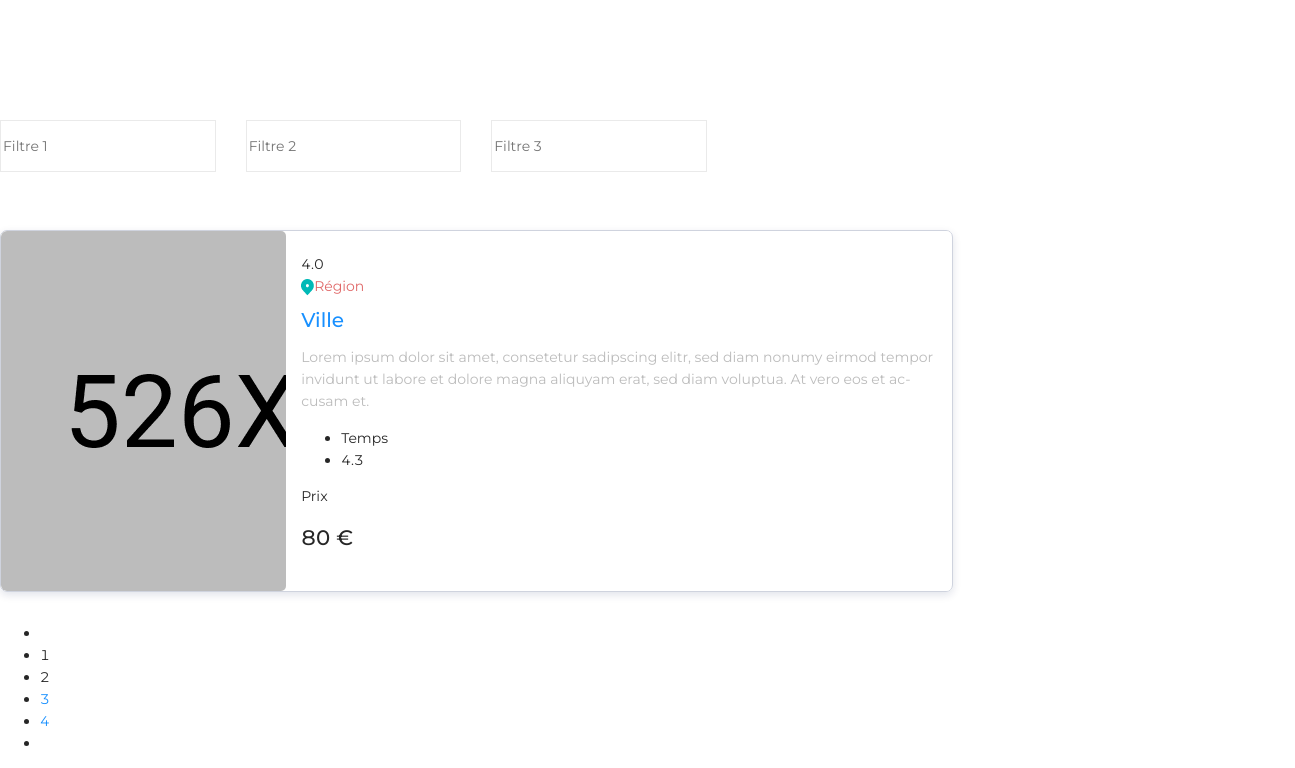
Repository: Emerson1220/projet-neofeel-lacapsule
Page: /roadPlanner (app in reactapp/)
These files come from the project's save history. The page is drawn as it stood at one moment and after the next save; the edit follows.
The browser window is 1280 px wide. The page is 1295 px wide, so the pictures cover 1295 px, including what lies to the right of the window. The pictures show the whole page.
The project was rebuilt for these pictures with package versions that can differ from the ones it lists, and the page was loaded fresh each time. Also part of the build but not shown: reactapp/src/Nav.js, reactapp/src/ScreenHome.js.

Above is the page before, as saved 2021-05-18 10:54:12.

### reactapp/src/App.js
import './App.css';
import Nav from './Nav'
import {BrowserRouter as Router, Switch, Route} from 'react-router-dom'

import ScreenHome from './ScreenHome';
import ScreenRoadPlanner from './screens/ScreenRoadPlanner';

function App() {
  return (



    // <SearchPage></SearchPage>
      <Router>
        <Switch>
          <Route component={ScreenHome} path="/" exact />
          <Route component={ScreenRoadPlanner} path="/roadPlanner"  />
          {/* <Route component={ScreenConnexion} path="/connexion"  />
          <Route component={ScreenSearch} path="/recherche"  />
          <Route component={ScreenInfo} path="/info"  />
          <Route component={ScreenPartner} path="/partenaire"  />
          <Route component={ScreenRoadPlanner} path="/roadPlanner"  />
          <Route component={ScreenTrips} path="/voyages"  />
          <Route component={ScreenProfil} path="/profil"  />
          <Route component={ScreenBasket} path="/panier"  />
          <Route component={ScreenSuggestion} path="/suggestion"  /> */}
        </Switch>
      </Router>

  );
}

export default App;

### reactapp/src/App.css
@import '~antd/dist/antd.css';
@import url('https://fonts.googleapis.com/css2?family=Montserrat:ital,wght@0,200;0,300;0,400;0,500;0,600;0,700;1,400;1,600&display=swap');

* {
  font-family: 'Montserrat', sans-serif;
}

.App {
  text-align: center;
}

.App-logo {
  height: 40vmin;
  pointer-events: none;
}

@media (prefers-reduced-motion: no-preference) {
  .App-logo {
    animation: App-logo-spin infinite 20s linear;
  }
}

.App-header {
  background-color: #282c34;
  min-height: 100vh;
  display: flex;
  flex-direction: column;
  align-items: center;
  justify-content: center;
  font-size: calc(10px + 2vmin);
  color: white;
}

.App-link {
  color: #61dafb;
}

@keyframes App-logo-spin {
  from {
    transform: rotate(0deg);
  }
  to {
    transform: rotate(360deg);
  }
}
/* CSS NAVBAR _______________________*/



.h1-montserrat {
  width: auto; /* 366px */
  height: auto; /* 58px */
  overflow: visible;
  white-space: pre;
  letter-spacing: 0px;
  line-height: 1.2;
  color: #106271;
  font-weight: 700;
  font-family: "Inter-Bold", "Inter", sans-serif;
  font-size: 48px;
}

.devenezPartenaireButton{

background-color: #e06868;
overflow: visible;
  white-space: pre;
  letter-spacing: 0px;
line-height: 1.2;
  color: #ffffff;
  font-weight: 700;
  font-family: "Inter-Bold", "Inter", sans-serif;
width: 150px;
height: 50px;
left: 971px;
top: 40px;
border-radius: 5px;
}

.listNav{
  color: #106271;
  margin: 0px 0px;
}

### reactapp/src/screens/ScreenRoadPlanner.js
import React from 'react';
import '../App.css';
import { Button } from 'antd';
import { Link } from 'react-router-dom';
import Nav from '../Nav'

function ScreenRoadPlanner() {

    return (	<div style={{ paddingTop:'120px' }}>

                <div style={ styles.container }>

                    <div style={ styles.row }>

                        <div style={ styles.col_xl_9 }>
                            <div style={{ marginBottom:'40px' }}> {/* Filters */}

                                <div style={ styles.row }>
                                    <div style={ styles.col_xl_3 }>
                                        <label style={ styles.single_input_wrap }>
                                            <i style={ styles.icons_la }/>
                                            <input style={ styles.single_input_wrap_input } type="text" placeholder="Filtre 1" />
                                        </label>
                                    </div>

                                    <div style={ styles.col_xl_3 }>
                                        <label style={ styles.single_input_wrap }>
                                            <i style={ styles.icons_la }/>
                                            <input style={ styles.single_input_wrap_input } type="text" placeholder="Filtre 2" />
                                        </label>
                                    </div>

                                    <div style={ styles.col_xl_3 }>
                                        <label style={ styles.single_input_wrap }>
                                            <i style={ styles.icons_la }/>
                                            <input style={ styles.single_input_wrap_input } type="text" placeholder="Filtre 3" />
                                        </label>
                                    </div>
                                </div>
                            </div> {/* End -> ButtonFilters */}

                            <div style={ styles.experiences_list_area }> {/* Container -> Card expérience */}
                                <div style={ styles.single_destinations}> {/* Card expérience */}
                                    <div style={ styles.image_card }>
                                        <img src="images/photo-526x360.png" alt="list" />
                                    </div>
                                    <div style={ styles.detail_card }>
                                        <div>
                                            <i style={ styles.icons_fa_1  }/>
                                            <i style={ styles.icons_fa_1 } />
                                            <i style={ styles.icons_fa_1  } />
                                            <i style={ styles.icons_fa_1  } />
                                            <i style={ styles.icons_fa_2  } />
                                            <span>4.0</span>
                                        </div>

                                        <p style={{ color: '#e06868', marginBottom: '8px'}}><img src="images/icone-geo.png" alt="map" />Région</p>
                                        <h4 style={ styles.h4 } ><Link to="/">Ville</Link></h4>
                                        <p style={ styles.card_content } >Lorem ipsum dolor sit amet, consetetur sadipscing elitr, sed diam nonumy eirmod tempor invidunt ut labore et dolore magna aliquyam erat, sed diam voluptua. At vero eos et accusam et.</p>

                                        <div className="list-price">
                                            <ul className="tp-list-meta d-inline-block">
                                                <li><i className="fa fa-clock-o" /> Temps</li>
                                                <li><i className="fa fa-star" /> 4.3</li>
                                            </ul>
                                            <div className="tp-price-meta d-inline-block">
                                                <p>Prix</p>
                                                <h2>80 <span>€</span></h2>
                                            </div>
                                        </div>
                                    </div>
                                </div> {/* End -> Card expérience */}
                            </div> {/* End -> Container -> Card expérience */}


                            <div className="text-md-center text-left"> {/* Pagination */}
                                <div className="tp-pagination text-md-center text-left d-inline-block mt-4">
                                    <ul>
                                        <li><a className="prev page-numbers" href="#"><i className="la la-long-arrow-left" /></a></li>
                                        <li><span className="page-numbers">1</span></li>
                                        <li><span className="page-numbers current">2</span></li>
                                        <li><a className="page-numbers" href="#">3</a></li>
                                        <li><a className="page-numbers" href="#">4</a></li>
                                        <li><a className="next page-numbers" href="#"><i className="la la-long-arrow-right" /></a></li>
                                    </ul>
                                </div>
                            </div>{/* End -> Pagination */}
                        </div>
                    </div>
                </div>
            </div>
    )
};

let styles = {
    container: {
        width: '100%',
        paddingright: '15px',
        paddingleft: '15px',
        marginright: 'auto',
        marginleft: 'auto',
    },

    row:{
        display: 'flex',
        flexWrap: 'wrap',
        marginRight: '-15px',
        marginLeft: '-15px',
    },

    col_xl_9:{
        position: 'relative',
        flex: '0 0 75%',
        maxWidth: '75%',
        width: '100%',
        minHeight: '1px',
        paddingRight: '15px',
        paddingLeft: '15px',
        },

    col_xl_3:{
        position: 'relative',
        flex: '0 0 25%',
        maxWidth: '25%',
        width: '100%',
        minHeight: '1px',
        paddingRight: '15px',
        paddingLeft: '15px',
        },

    single_input_wrap:{
        position: 'relative',
        width: '100%',
        marginBottom: '18px',
        display: 'inline-block',
    },

    single_input_wrap_input:{
        background: '#ffffff',
        border: '1px solid #EAEAEA',
        height: '52px',
        width: '100%',
    },

    icons_la:{
        display: 'inline-block',
        position: 'absolute',
        top: '17px',
        left: '20px',
        color: '#CFD3DE',
        font: 'normal normal normal 16px/1 LineAwesome',
        fontSize: 'inherit',
        textDecoration: 'inherit',
        textRendering: 'optimizeLegibility',
        textTransform: 'none',
    },

    experiences_list_area:{
        boxSizing: 'border-box',
        outline: 'none',
    },

    single_destinations:{
        display: 'flex',
        flexWrap: 'wrap',
        margin: '0 0 30px 0',
        border: '1px solid #CFD3DE',
        boxShadow: '0px 3px 9px #071c551f',
        borderRadius: '7px',
        position: 'relative',
        overflow: 'hidden',
    },

    image_card:{
        position: 'relative',
        background: '#106271',
        overflow: 'hidden',
        flex: '0 0 30%',
        backgroundSize: 'cover',
        backgroundRepeat: 'no-repeat',
        backgroundPosition: 'center center',
        minHeight: '200px',
        borderRadius: '5px',
    },

    detail_card:{
        flex: '0 0 70%',
        padding: '22px 15px',
        background: '#ffffff',
    },

    icons_fa_1:{
        display: 'inline-block',
        font: 'normal normal normal 14px/1 FontAwesome',
        fontSize: 'inherit',
        textRendering: 'auto',
        color: '#f3941e',
    },

    icons_fa_2:{
        display: 'inline-block',
        font: 'normal normal normal 14px/1 FontAwesome',
        fontSize: 'inherit',
        textRendering: 'auto',
        color: '#d4d4d4',
    },

    h4:{
        fontSize: '20px',
        color: '#e06868',
    },

    card_content:{
        marginBottom: '15px',
        color: '#bcbcbc',
        hyphens: 'auto',
    },

    liste_price:{
        marginTop: '20px',
        display: 'block',
        boxSizing: 'border-box',
        outline: 'none',
    },



    }













export default ScreenRoadPlanner;

Loaded but not shown: reactapp/public/index.html (common file); reactapp/src/index.js (common file); reactapp/src/index.css (common file); reactapp/src/reportWebVitals.js (common file)

After the next save:
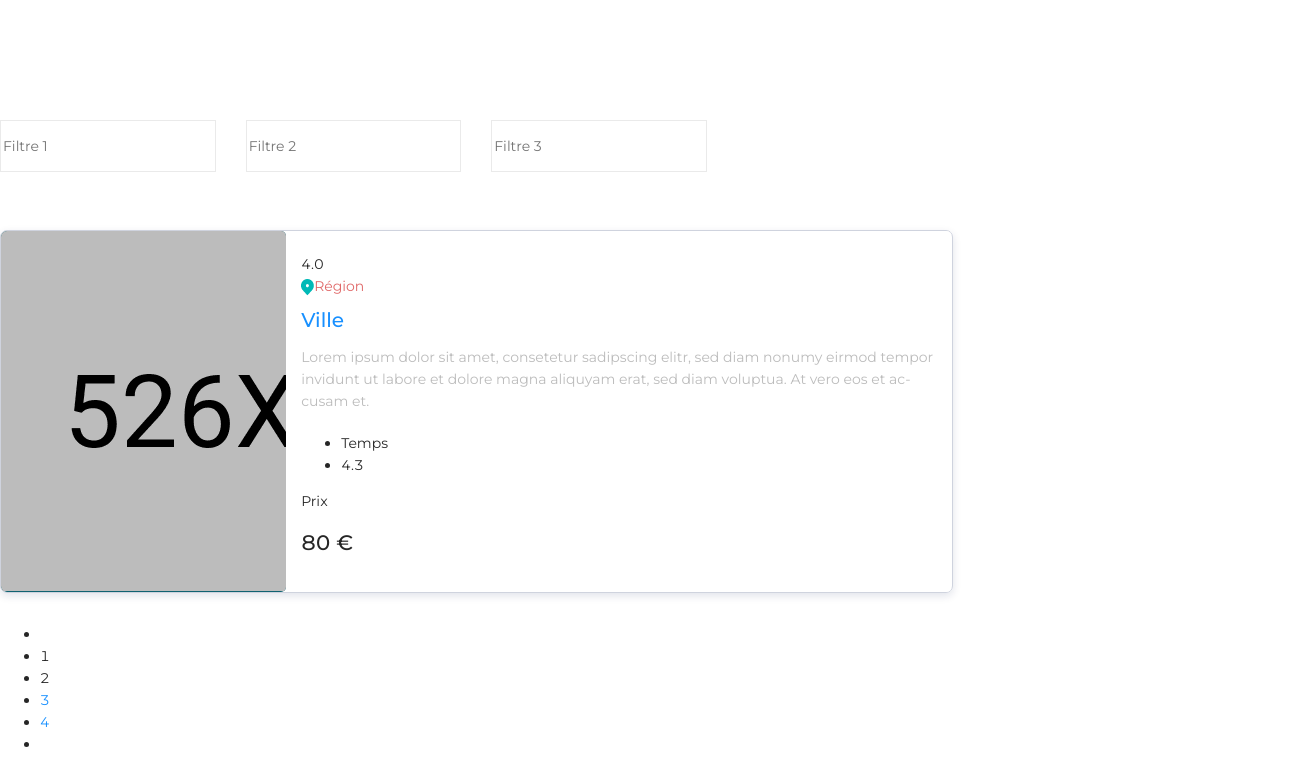
Saved 38 s later.
--- a/reactapp/src/screens/ScreenRoadPlanner.js
+++ b/reactapp/src/screens/ScreenRoadPlanner.js
@@ -58,7 +58,7 @@ function ScreenRoadPlanner() {
                                         <h4 style={ styles.h4 } ><Link to="/">Ville</Link></h4>
                                         <p style={ styles.card_content } >Lorem ipsum dolor sit amet, consetetur sadipscing elitr, sed diam nonumy eirmod tempor invidunt ut labore et dolore magna aliquyam erat, sed diam voluptua. At vero eos et accusam et.</p>
 
-                                        <div className="list-price">
+                                        <div style={ styles.liste_price }>
                                             <ul className="tp-list-meta d-inline-block">
                                                 <li><i className="fa fa-clock-o" /> Temps</li>
                                                 <li><i className="fa fa-star" /> 4.3</li>
